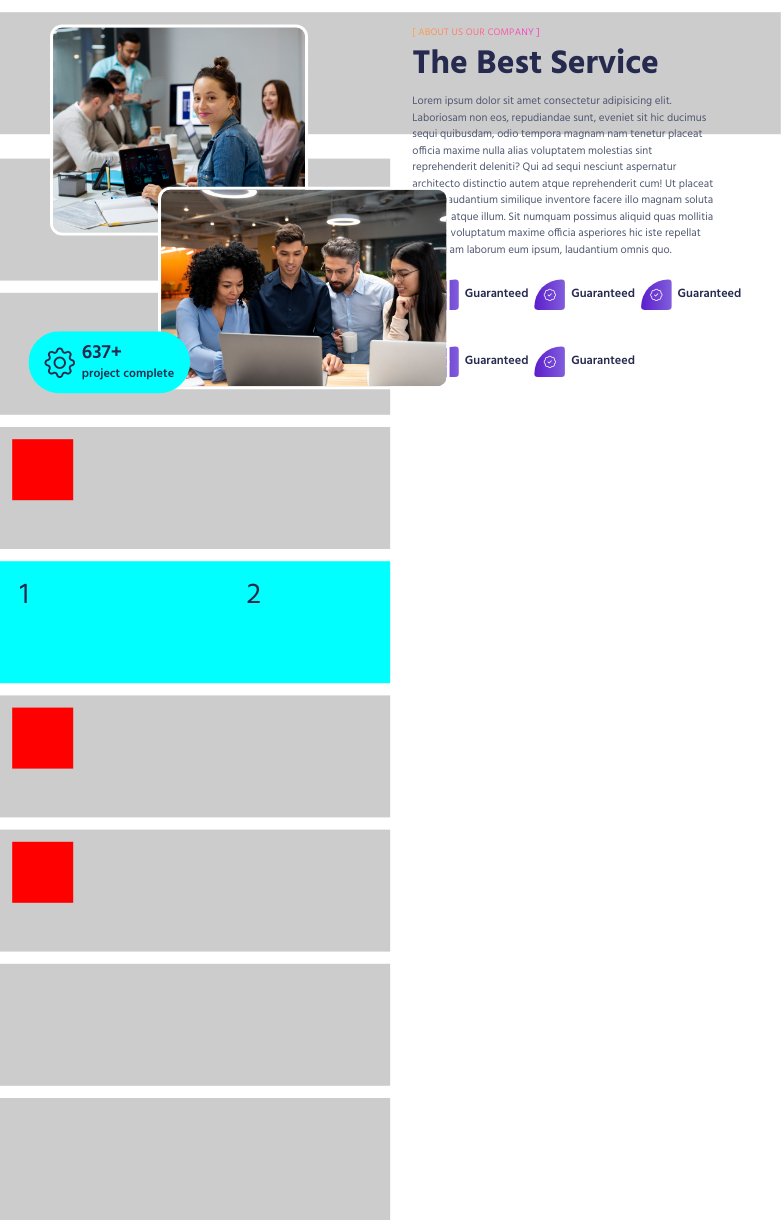
Repository: tagnam/mirehel2.0
Page: about.html
These files come from the project's save history. The page is drawn as it stood at one moment and after a run of saves; the edit follows.
The browser window is 1280 px wide. The pictures show the whole page, at 61% of full size.

Above is the page before, as saved 2025-02-03 12:46:10.

After the next 2 saves:
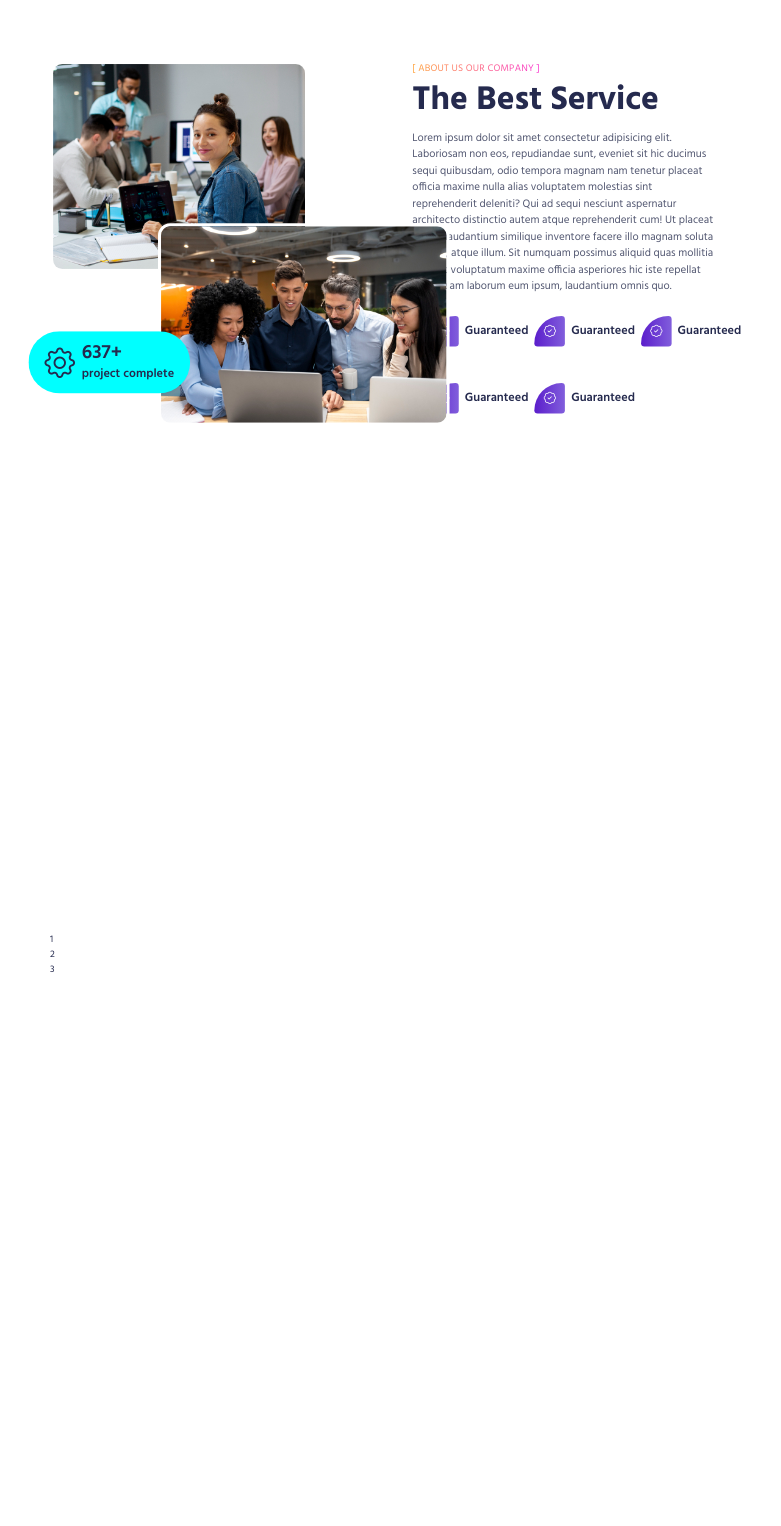
The 2 saves are shown as one change because they came seconds apart.
The last was saved 7 s later.
--- a/about.html
+++ b/about.html
@@ -127,52 +127,6 @@
 
 
 
-
-<style>
-    #main_wrapper {
-  overflow-x: hidden;
-  width: 50%
-}
-
-section {
-  width: 100%;
-  height: 200px;
-  background: #ccc;
-  margin: 20px 0;
-  padding: 20px;
-}
-
-section.fancy {
-  background: cyan;
-}
-
-section.fancy .container {
-    width: calc(300%);
-    height: 100%;
-    display: flex;
-    flex-wrap: nowrap;
-   font-size: 3em;
-}
-
-section.fancy .panel {
-    width: 100%;
-    height: 100%;
-}
-
-
-section .animate {
-  width: 100px;
-  height: 100px;
-  background: red;
-}
-</style>
-
-
-<script>
-
-</script>
-
-
     <script src="https://cdn.jsdelivr.net/npm/bootstrap@5.0.2/dist/js/bootstrap.bundle.min.js" integrity="sha384-MrcW6ZMFYlzcLA8Nl+NtUVF0sA7MsXsP1UyJoMp4YLEuNSfAP+JcXn/tWtIaxVXM" crossorigin="anonymous"></script>
     <script src="https://cdn.jsdelivr.net/npm/@popperjs/core@2.9.2/dist/umd/popper.min.js" integrity="sha384-IQsoLXl5PILFhosVNubq5LC7Qb9DXgDA9i+tQ8Zj3iwWAwPtgFTxbJ8NT4GN1R8p" crossorigin="anonymous"></script>
     <script src="https://cdn.jsdelivr.net/npm/bootstrap@5.0.2/dist/js/bootstrap.min.js" integrity="sha384-cVKIPhGWiC2Al4u+LWgxfKTRIcfu0JTxR+EQDz/bgldoEyl4H0zUF0QKbrJ0EcQF" crossorigin="anonymous"></script>
